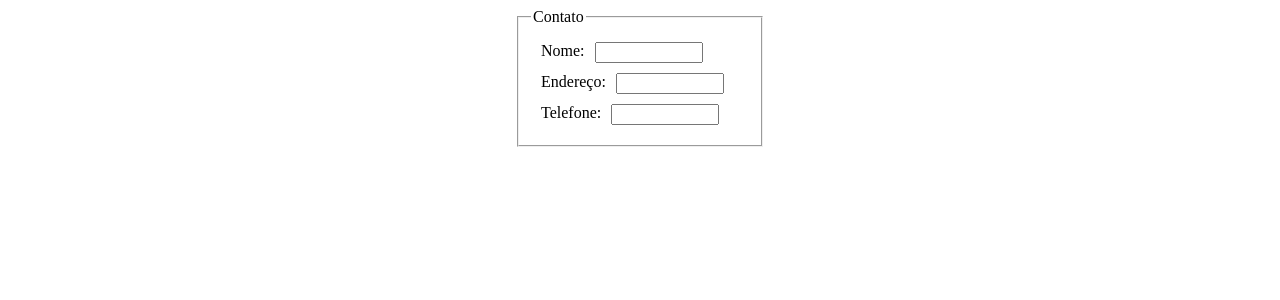
Repository: daniloserafim/trilha-backend-senai
Page: exemploServlet/WebContent/contato.html
The author's editor kept a copy of each file at every save. The page is drawn from the files as they stood at one save, then again after the next save.
The browser window is 1280 px wide. The pictures show the whole page.

Above is the page before, as saved 2022-05-31 22:53:56.

### exemploServlet/WebContent/contato.html
<!DOCTYPE html>
<html>
<head>
<meta charset="ISO-8859-1">
<title>Insert title here</title>
<link rel="stylesheet" type="text/css" href="style.css">
</head>
<body>
	<form>
		<fieldset>
			<legend>Contato</legend>
			<div class="form-box">
				<div class="nome-box item-box">
					<div class="nome-title title-box">
						<label>Nome:</label>
					</div>
					<div class="nome-input">
						<input required>
					</div>
				</div>
				<div class="endereco-box item-box">
					<div class="endereco-title title-box">
						<label>Endereço:</label>
					</div>
					<div class="endereco-input">
						<input required>
					</div>
				</div>
				<div class="telefone-box item-box">
					<div class="telefone-title title-box">
						<label>Telefone:</label>
					</div>
					<div class="telefone-input">
						<input required>
					</div>
				</div>

			</div>
		</fieldset>
	</form>
</body>
</html>

### exemploServlet/WebContent/style.css
@charset "ISO-8859-1";


body {
	display: flex;
	justify-content: center;
	align-items: center;
}

form {
	width: 250px;
}

input {
	width: 100px;
}

.item-box {
	display: flex;
	flex-direction: row;
	margin: 10px;
}

.title-box {
	margin-right: 10px;
}

After the next save:
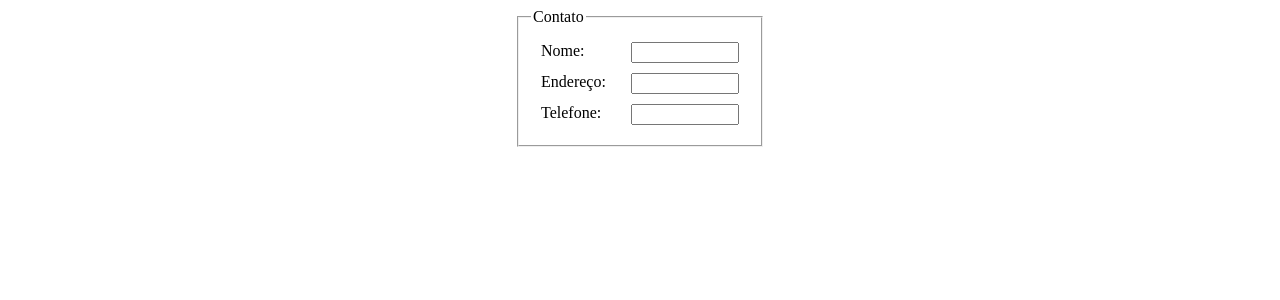
Saved 33 s later.
--- a/exemploServlet/WebContent/style.css
+++ b/exemploServlet/WebContent/style.css
@@ -19,6 +19,7 @@ input {
 	display: flex;
 	flex-direction: row;
 	margin: 10px;
+	justify-content: space-between;
 }
 
 .title-box {
